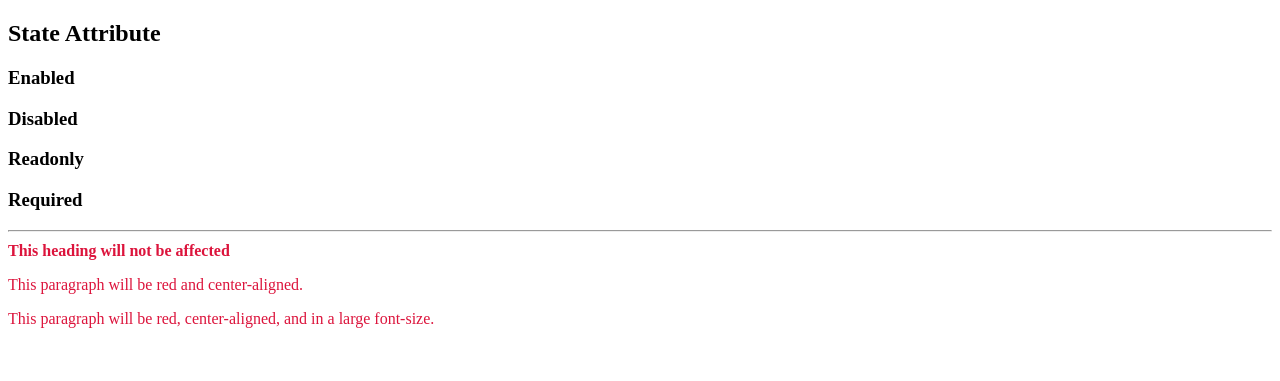
Repository: daeun0220/KB_EDU_JAVA
Page: work03_FrontUI/front02_CSS3/src/main/webapp/css02_state.html
An editor plug-in stored every save of this project. The page is shown before and after the next save, followed by the edit.
The browser window is 1280 px wide. The pictures show the whole page.

Above is the page before, as saved 2023-08-08 01:05:25.

### work03_FrontUI/front02_CSS3/src/main/webapp/css02_state.html
<!DOCTYPE html>
<html>
<head>
<meta charset="UTF-8">
 <meta name="viewport" content="width=device-width, initial-scale=1.0">
<title>Insert title here</title>
<style>
	.accent{
		color:crimson;
		font-size:16px;
	}



</style>
</head>
<body>
<!--
block tag (자동 줄바꿈)
inline tag
 -->
<h2>State Attribute</h2>
<form action="#">
	<h3>Enabled</h3>


	<h3>Disabled</h3>


	<h3>Readonly</h3>


	<h3>Required</h3>

</form>
<hr>
<h1 class="accent">This heading will not be affected</h1>
<p class="accent">This paragraph will be red and center-aligned.</p>
<p class="accent">This paragraph will be red, center-aligned, and in a large font-size.</p>
</body>
</html>

After the next save:
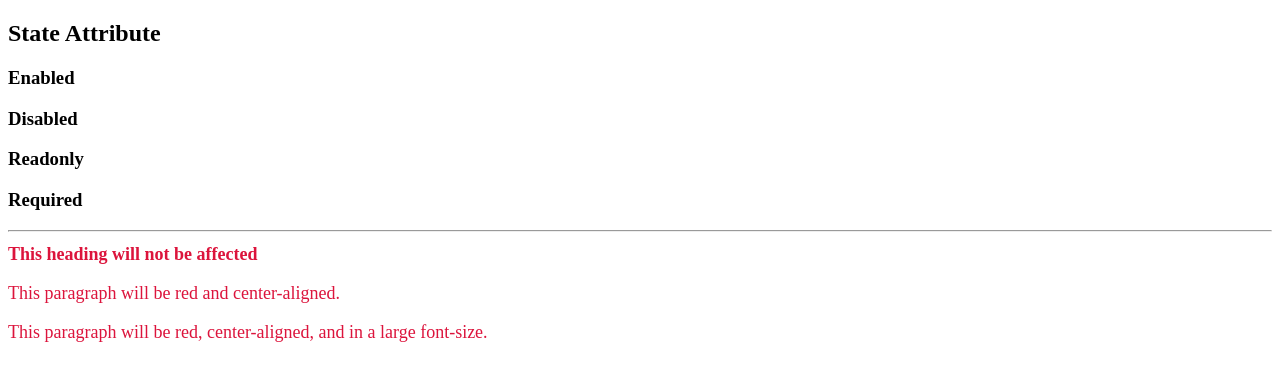
Saved 14 s later.
--- a/work03_FrontUI/front02_CSS3/src/main/webapp/css02_state.html
+++ b/work03_FrontUI/front02_CSS3/src/main/webapp/css02_state.html
@@ -7,7 +7,7 @@
 <style>
 	.accent{
 		color:crimson;
-		font-size:16px;
+		font-size:18px;
 	}
 
 
